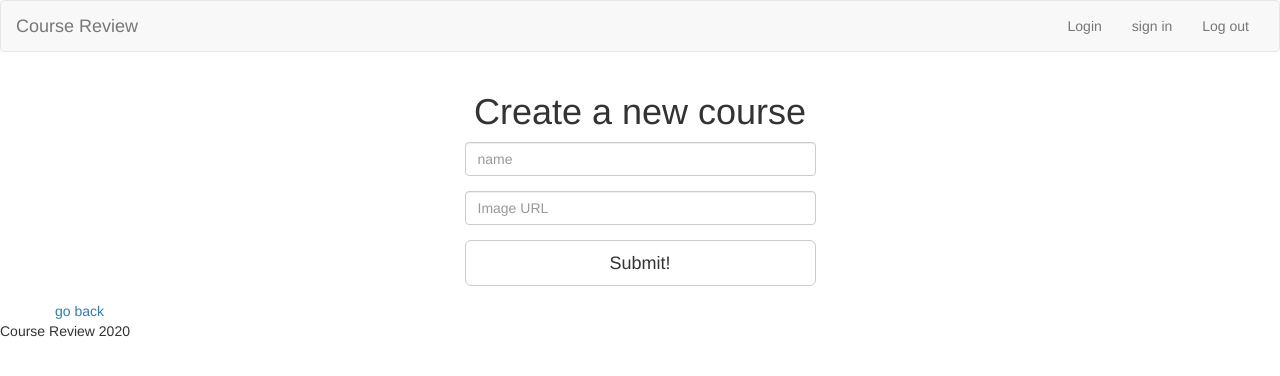
Repository: codewangg/CourseReview
Page: http://localhost/courses/new
The author's editor kept a copy of each file at every save. The page is drawn from the files as they stood at one save, then again after the next save.
The browser window is 1280 px wide. The pictures show the whole page.
The page is served by the project's Node server (app.js).

Above is the page before, as saved 2020-08-15 18:48:00.

### views/new.ejs
<%- include('partials/header')%>

<div class="container">
    <div class="row">
        <h1 style="text-align:  center;">Create a new course</h1>
        <div style="width: 30%; margin:0 auto;">
            <form action="/courses" method="POST">

                <div class="form-group">
                    <input class="form-control" type="text" name="name" placeholder="name">
                </div>

                <div class="form-group">
                    <input class="form-control" type="text" name="image" placeholder="Image URL">
                </div>

                <div class="form-group">
                    <button class="btn btn-lg btn-default btn-block">Submit!</button>
                </div>


            </form>
        </div>


        <a href="/courses">go back</a>
    </div>
</div>
<%- include('partials/footer')%>

### views/partials/header.ejs
<!DOCTYPE html>
<html>
    <head>
        <title>CourseReview</title>
        <link rel="stylesheet" href="https://stackpath.bootstrapcdn.com/bootstrap/3.4.1/css/bootstrap.min.css" integrity="sha384-HSMxcRTRxnN+Bdg0JdbxYKrThecOKuH5zCYotlSAcp1+c8xmyTe9GYg1l9a69psu" crossorigin="anonymous">
    </head>
    <body>
    <nav class="navbar navbar-default">
        <div class="container-fluid">
            <div class="navbar-header">
                <a class="navbar-brand" href="/">Course Review</a>
            </div>
            <div class="collapse navbar-collapse">
                <ul class="nav navbar-nav navbar-right">
                    <li><a href="/">Login</a></li>
                    <li><a href="/">sign in</a></li>
                    <li><a href="/">Log out</a></li>
                </ul>

            </div>
        </div>
    </nav>

### views/partials/footer.ejs
    <p>Course Review 2020</p>
    </body>
</html>

### app.js
const express = require("express");
const app = express();
const bodyParser = require("body-parser");

app.use(bodyParser.urlencoded({extended: true}));
app.set('view engine', "ejs");

app.get("/", (req, res) => {
    res.render("landing");
});

    var courses = [
        {name: "mlp", image:"https://images.pexels.com/photos/1108099/pexels-photo-1108099.jpeg?auto=compress&cs=tinysrgb&dpr=1&w=500"},
        {name: "mlp", image:"https://encrypted-tbn0.gstatic.com/images?q=tbn%3AANd9GcT-NC1h3PdhKKSTUu0S-Y6QtGSz1PWCNL4MXA&usqp=CAU"},
        {name: "mlp", image:"https://encrypted-tbn0.gstatic.com/images?q=tbn%3AANd9GcT-NC1h3PdhKKSTUu0S-Y6QtGSz1PWCNL4MXA&usqp=CAU"},
        {name: "mlp", image:"https://encrypted-tbn0.gstatic.com/images?q=tbn%3AANd9GcT-NC1h3PdhKKSTUu0S-Y6QtGSz1PWCNL4MXA&usqp=CAU"},
        {name: "mlp", image:"https://encrypted-tbn0.gstatic.com/images?q=tbn%3AANd9GcT-NC1h3PdhKKSTUu0S-Y6QtGSz1PWCNL4MXA&usqp=CAU"},
        {name: "mlpr", image:"https://encrypted-tbn0.gstatic.com/images?q=tbn%3AANd9GcSGI0qdCZ_bsxabXEma4kZT2N8-lln603NiPA&usqp=CAU"}
    ]

app.get("/courses", (req, res)=>{


    res.render("courses",{courses:courses});
});

app.post("/courses", (req, res)=>{
    var name = req.body.name;
    var image = req.body.image;
    var newcourse = {name: name, image: image}
    courses.push(newcourse);
    res.redirect("/courses");
});

app.get("/courses/new", (req, res)=>{
    res.render("new.ejs");
});

//process.env.PORT process.env.IP
app.listen(3000, 'localhost', function(){
    console.log("server has started!");
    //console.log(process.env.PORT);
});

After the next save:
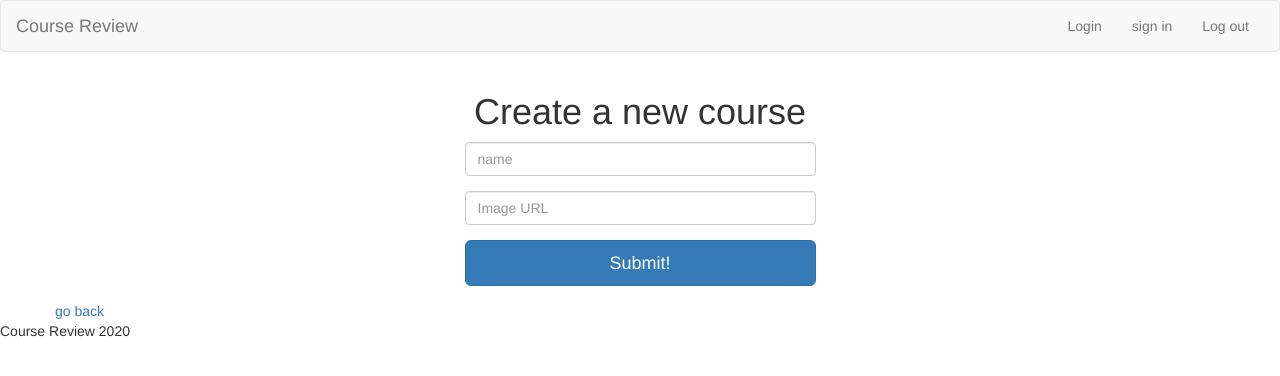
Saved 14 s later.
--- a/views/new.ejs
+++ b/views/new.ejs
@@ -15,7 +15,7 @@
                 </div>
 
                 <div class="form-group">
-                    <button class="btn btn-lg btn-default btn-block">Submit!</button>
+                    <button class="btn btn-lg btn-primary btn-block">Submit!</button>
                 </div>
 
 
